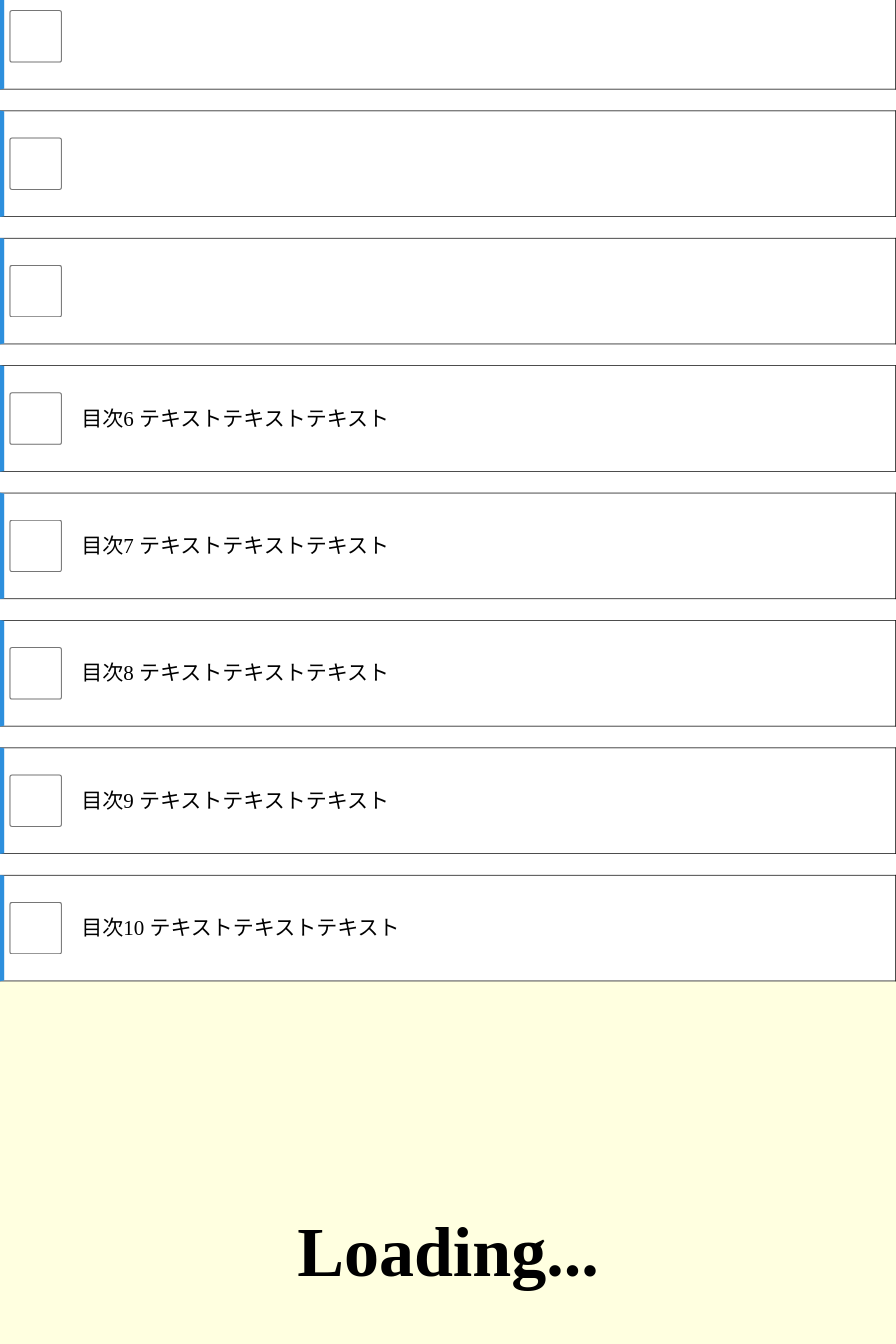
Repository: KittichoteKamalapirat/EMS-management-system
Page: skills.html
The author's editor kept a record of every edit. The page is drawn from the files as they stood at one moment, then again after the next edit.
The browser window is 1280 px wide. The pictures show the part of the page from y = 677 to 2597 px (the page is 3703 px tall), at 70% of full size.
Some web libraries are served in a nearby version.

Above is the page before.

After the next edit:
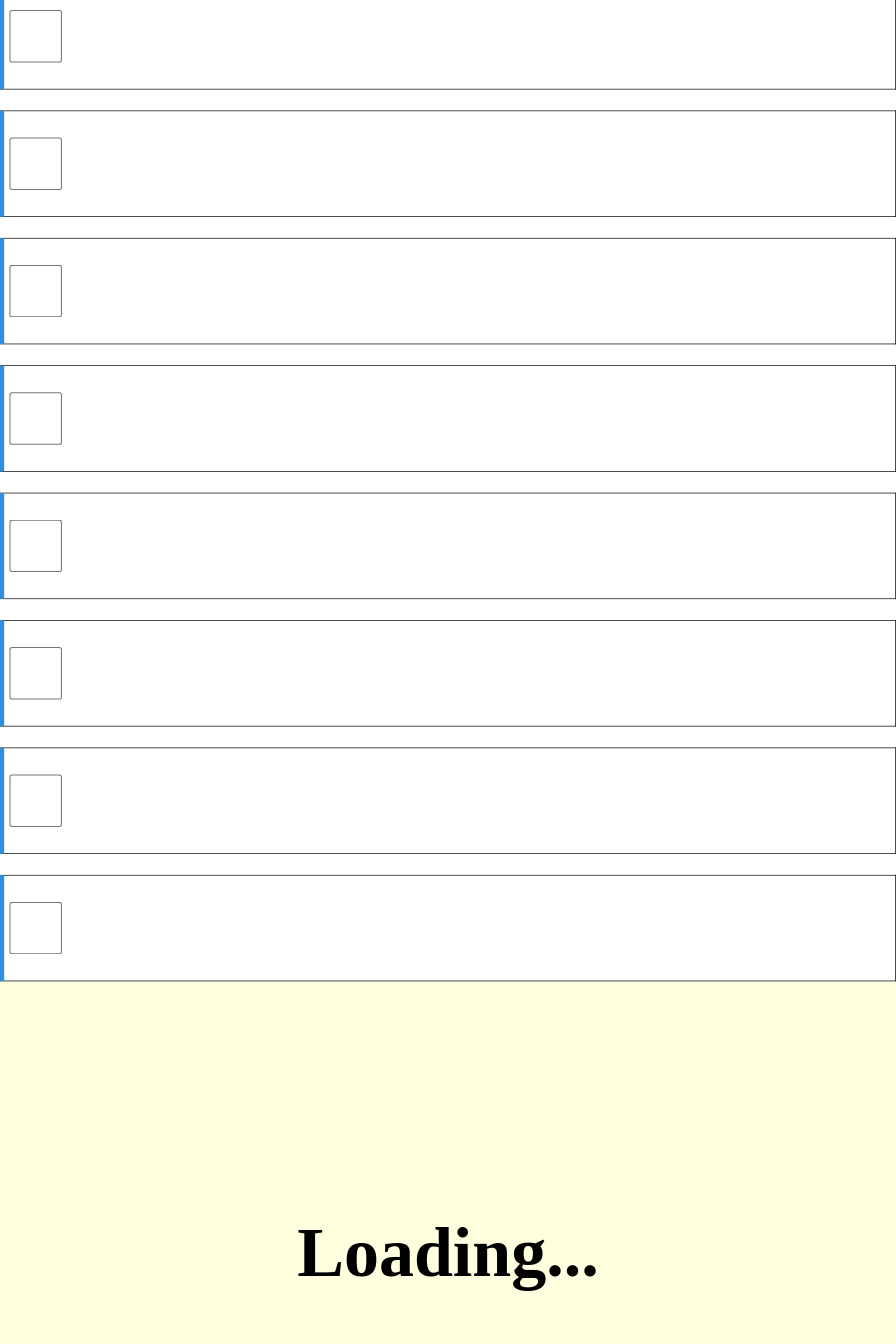
The edit:
--- a/skills.html
+++ b/skills.html
@@ -18,11 +18,11 @@
       <li><input type="checkbox"></li>
       <li><input type="checkbox"></li>
       <li><input type="checkbox"></li>
-      <li><input type="checkbox">目次6 テキストテキストテキスト</li>
-      <li><input type="checkbox">目次7 テキストテキストテキスト</li>
-      <li><input type="checkbox">目次8 テキストテキストテキスト</li>
-      <li><input type="checkbox">目次9 テキストテキストテキスト</li>
-      <li><input type="checkbox">目次10 テキストテキストテキスト</li>
+      <li><input type="checkbox"></li>
+      <li><input type="checkbox"></li>
+      <li><input type="checkbox"></li>
+      <li><input type="checkbox"></li>
+      <li><input type="checkbox"></li>
     </ul>
   </div>
 </div>
